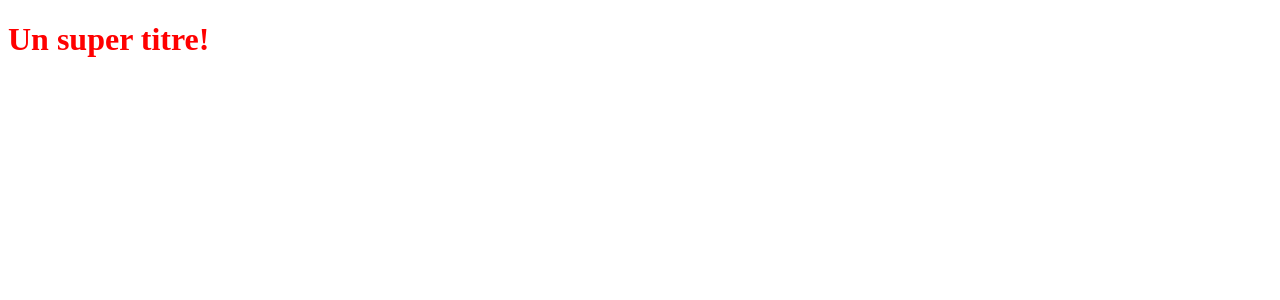
Repository: MamyRaoni/projet_git
Page: index.html
These files come from the project's save history. The page is drawn as it stood at one moment and after the next save; the edit follows.
The browser window is 1280 px wide. The pictures show the whole page.

Above is the page before, as saved 2023-02-20 23:38:45.

After the next save:
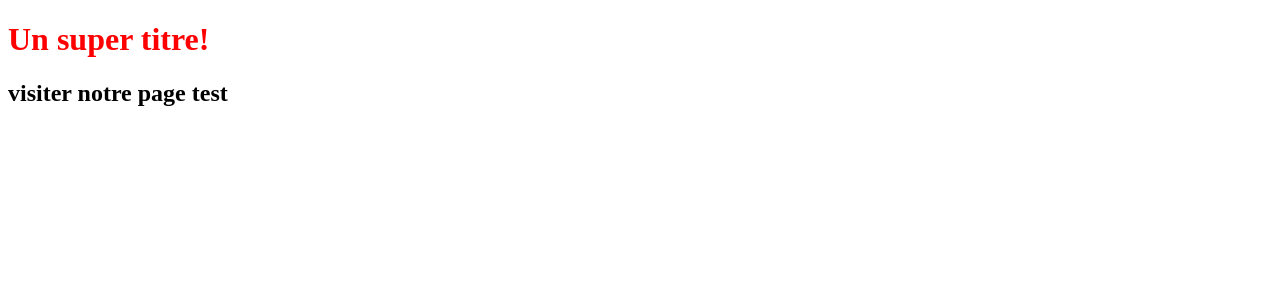
Saved 11 s later.
--- a/index.html
+++ b/index.html
@@ -6,6 +6,6 @@
 </head>
 <body>
    <h1>Un super titre!</h1>
-   <h2></h2>
+   <h2>visiter notre page test</h2>
 </body>
 </html>

After the save that followed:
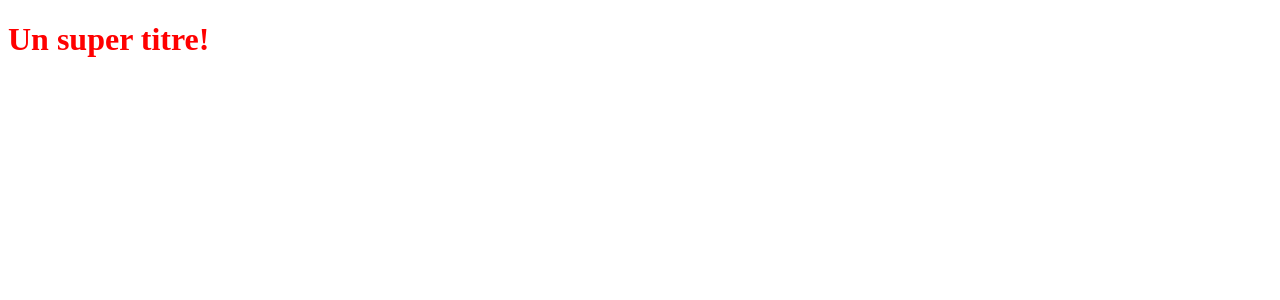
Saved 11 min 39 s later.
--- a/index.html
+++ b/index.html
@@ -6,6 +6,6 @@
 </head>
 <body>
    <h1>Un super titre!</h1>
-   <h2>visiter notre page test</h2>
+
 </body>
 </html>
